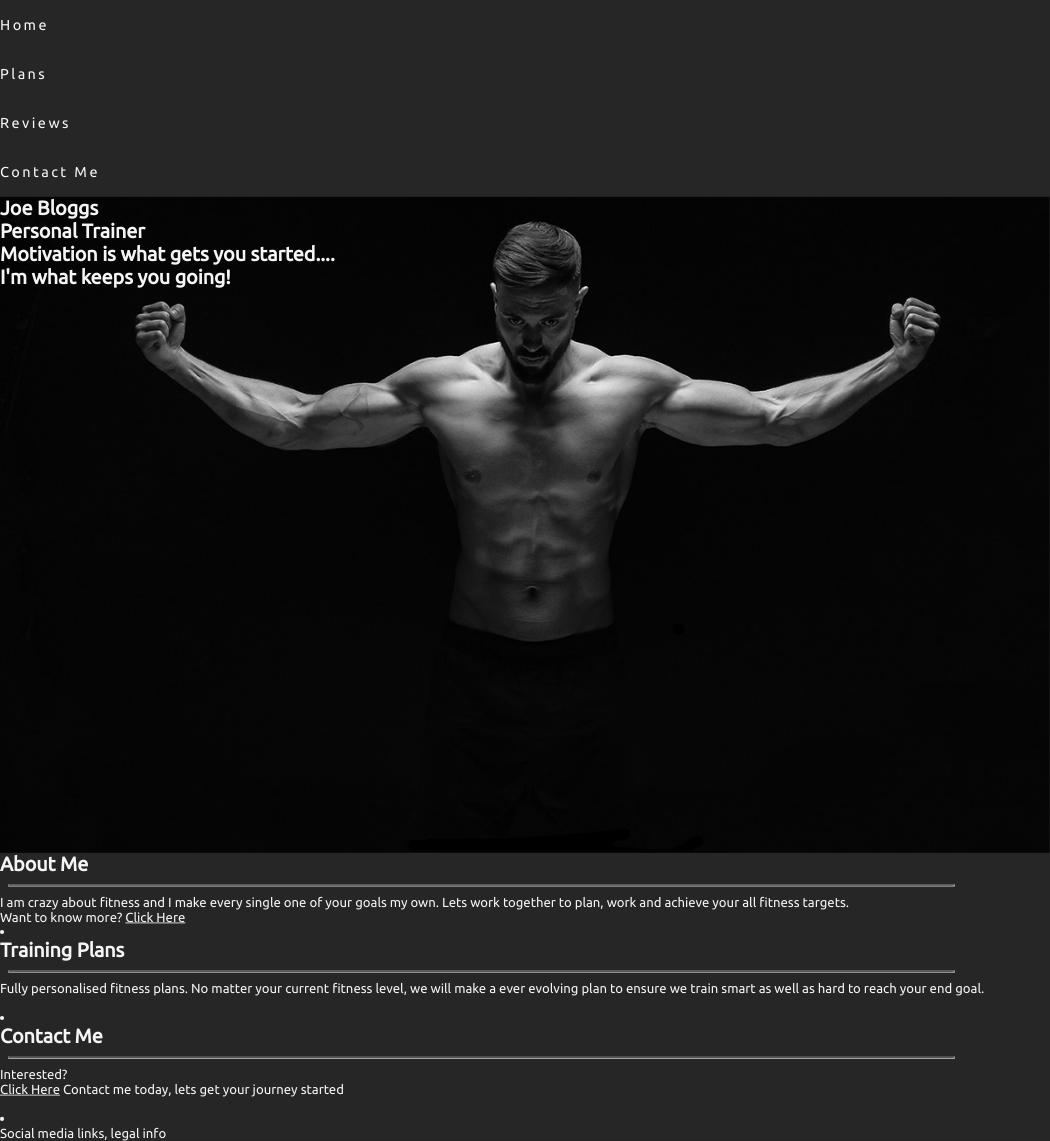
Repository: ClaireRoberts1403/Joe-Bloggs-Personal-Trainer
Page: html/contact.html
The author's editor kept a record of every edit. The page is drawn from the files as they stood at one moment, then again after the next edit.
The browser window is 1280 px wide. The pictures show the whole page, at 82% of full size.
Some web fonts or font styles are not loaded; a fallback is used.

Above is the page before.

### html/contact.html
<!DOCTYPE html>
<html lang="en">

<head>
	<meta charset="UTF-8">
	<meta name="viewport" content="width=device-width, initial-scale=1.0">
	<meta http-equiv="X-UA-Compatible" content="ie=edge">
	<link rel="stylesheet" href="..//assets/style.css">
	<title>Joe Bloggs | Personal Trainer</title>
</head>

<body>
	<!-- Navbar -->
	<header>
		<nav>
			<ul id="menu">
				<li>
					<a id="active" href="index.html">Home</a>
				</li>
				<li>
					<a href="plans.html">Plans</a>
				</li>
				<li>
					<a href="reviews.html">Reviews</a>
				</li>
				<li>
					<a href="contact.html">Contact Me</a>
				</li>


			</ul>
		</nav>
	</header>


	<!-- Hero Image -->
	<section id="hero">
		<div class="hero-image">
			<h1 id="hero-name">
				Joe Bloggs
			</h1>
			<h1 id="hero-title">
				Personal Trainer</h1>

			<h2 id="hero-quote">
				Motivation is what gets you started....<br> I'm what keeps you going!
			</h2>
		</div>
	</section>

	<!-- Image Links -->
	<section id="overview">

		<div class="about-me">
			<h2>About Me <i class="#"></i></h2>
			<hr>
			<p>I am crazy about fitness and I make every single one of your goals my own. Lets work together to plan, work and achieve your all fitness targets.</p>
			<p> Want to know more? <a href "##">Click Here</a>

				<br>
				<li class="indeximage1">

				</li>
		</div>
		<div class="about-plans">
			<h2>Training Plans<i class="#"></i></h2>
			<hr>
			<p>Fully personalised fitness plans. No matter your current fitness level, we will make a ever evolving plan to ensure we train smart as well as hard to reach your end goal.</p>
			<br>
			<li class="indeximage2">

			</li>
		</div>
		<div class="about-contact">
			<h2>Contact Me <i class="#"></i></h2>
			<hr>
			<p>Interested?<br>
				<a href "##">Click Here</a> Contact me today, lets get your journey started</p>
			<br>

			<li class="indeximage3">
			</li>
		</div>
	</section>


	<footer>
		Social media links, legal info
	</footer>

</body>

</html>

### assets/style.css
@import url('https://fonts.googleapis.com/css?family=Alatsi|Ubuntu&display=swap');
@import url('https://fonts.googleapis.com/css?family=Nunito&display=swap');



body {
    color: #f5f5f5;
    background-color: #262626;
    font-family: Ubuntu;

}

* {
    margin: 0;
    padding: 0;

}

.container-fluid {
    padding: 0;
    margin: 0;
}



dl,
ol,
ul {
    margin-bottom: 0;
}

/*---navbar---*/

#menulogo {
    font-size: 110%;
    color: #ca0c04;
    text-align: left;
    font-weight: bold;
    display: inline;
    letter-spacing: 3px;
    padding-left: 10px;
}

#menu {
    font-size: 110%;
    list-style-type: none;
    letter-spacing: 3px;
}

#menu li {
    list-style: none;
    line-height: 60px;
    padding-right: 10px;
    justify-content: flex-end;
}

#menu a {
    text-decoration: none;
    color: inherit;

}

#menu a:hover {
    border-bottom: 2px solid #ca0c04;
}

.active {
    border-bottom: 2px solid #595959;
}

.navbar-dark .navbar-nav .nav-link {
    text-align: right;

}

.navbar-toggler:focus,
.navbar-toggler:hover {
    text-decoration: none;
}

.navbar-dark .navbar-toggler {
    color: rgba(255, 255, 255, .5);
    border-color: #595959;
    text-align: right;

}

.navbar-dark .navbar-toggler:focus {
    border-color: #ca0c04;
    outline: none;
}

/*footer*/
footer {
    position: sticky;
}

.social-networks {
    text-align: center;
    background-color: black;
    position: absolute;
    width: 100%;
    height: 4rem;
}

.social-networks li {
    display: inline;
}

.social-networks i {
    font-size: 200%;
    margin-top: 0.2em;
    color: #777777;
    padding: 0.2em;
}

.social-networks i:hover {
    color: #ca0c04;
}

/*--- Hero Image Index page---*/

.hero-image {
    background: url("../images/hero2.jpg");
    width: 100%;
    background-position: center;
    background-repeat: no-repeat;
    background-size: cover;


}

.hero-text {
    padding-left: 8%;
    font-family: Alatsi;

}

.hero-name {
    font-size: 700%;
    color: #ca0c04;
    text-shadow: 3px 3px 3px black;
    padding-top: 160px;
    font-weight: bolder;

}

.hero-title {
    font-size: 300%;
    color: #ca0c04;
    text-shadow: 2px 2px 2px black;

}

.hero-quote {
    font-size: 250%;
    color: #f5f5f5;
    text-shadow: 1px 1px 2px black, 0 0 25px grey, 0 0 5px darkgrey;
    padding-bottom: 20px;

}

/*-- index page - about links --*/

.card-deck {
    justify-content: space-evenly;
}

.card-img-bottom {
    border-radius: 5px;
}

.card-footer {
    border-color: transparent;
    padding-top: 10px;
}

.card-footer p {
    padding-top: 8px;
}

.home {
    margin: 4% 8%;
    width: auto;
}

.about {
    line-height: 20px;
    padding: 10px 5px 0;

}

.about p {
    padding: 0 10px;
    font-family: nunito;
    letter-spacing: 0.5px;
}

.about:hover {
    box-shadow: 8px 8px 16px 8px rgba(0, 0, 0, 0.9);
}

.linkabout {
    text-decoration: none;
    color: #f5f5f5;
}

.linkabout:hover {
    border-bottom: 1px solid #ca0c04;
    text-decoration: none;
    color: #ca0c04;
}


hr {
    border-top: 2px solid #595959;
    width: 90%;
    margin: 10px;
    text-align: center;
}

#history {
    line-height: 25px;
    clear: both;
    margin-bottom: 8%;
    text-align: center;
    font-family: nunito;
    letter-spacing: 1px;
    font-size: large;

}

#history h1 {
    font-size: 275%;
    color: #ca0c04;
    padding: 20px 0;
    text-align: center;
    margin-bottom: 10px;
    font-family: Ubuntu;
}


/* plans */

.phero-name {
    font-size: 700%;
    color: #ca0c04;
    text-shadow: 3px 3px 3px black;
    padding-top: 70px;
    font-weight: bolder;

}

.phero-title {
    font-size: 250%;
    color: #ca0c04;
    text-shadow: 2px 2px 2px black;

}

.phero-quote {
    font-size: 200%;
    color: #f5f5f5;
    text-shadow: 1px 1px 2px black, 0 0 25px grey, 0 0 5px darkgrey;
}

.plans-image {
    background: url("../images/plans.jpg");
    height: 500px;
    width: 100%;
    background-position: center;
    background-repeat: no-repeat;
    background-size: cover;
    background-attachment: fixed;

}

.plans-image2 {
    background: url("../images/plans2.jpg");
    height: 500px;
    width: 100%;
    background-position: center;
    background-repeat: no-repeat;
    background-size: cover;
    background-attachment: fixed;

}

.plans-title {
    font-size: 600%;
    color: #ca0c04;
    text-align: center;
    padding-bottom: 4%;
    letter-spacing: 1px;
    font-family: Alatsi;
    text-shadow: 1px 1px 2px black;
}

.plans-quote {
    font-size: 150%;
    color: #ca0c04;
    text-align: center;
    margin-bottom: 4%;
    font-family: Nunito;
    letter-spacing: 0.8px;
    line-height: 1.5em;

}

.table {
    background-color: #262626;
    color: #f5f5f5;
    text-align: center;
}


.card {
    background-color: #262626;
    box-shadow: 3px 3px 10px 3px black;
    border-color: transparent;
    text-align: center;

}

.card:hover {
    box-shadow: 8px 8px 10px 1px rgba(0, 0, 0, 1);
}

#plans_description h1 {
    color: #ca0c04;
    text-align: center;
    padding-bottom: 4%;
    font-size: 400%;
    font-family: Alatsi;
    font-style: bold;
    text-shadow: 1px 1px 2px black;
}

#plans_description i {
    color: #f5f5f5;
}

#plans_description h5 {
    padding-bottom: 0.5em;
}


#footnote {
    color: #f5f5f5;
    text-align: center;
    padding: 20px 10px 0;

}

.download {
    text-align: center;
    font-size: 160%;
    margin-top: 25px;
    color: #fafafa;
    padding-left: 5px;
    margin-bottom: 25px;

}

a {
    color: #f5f5f5;


}

a:hover {
    color: #ca0c04;
}

.download:hover {
    color: #ca0c04;
    text-decoration: none;

}

.download-pdf i {
    font-size: 18px;
    color: #fafafa;
    text-align: center;
    padding-left: 5px;
}

/*reviews*/


.reviewtitlebg {
    background-color: black;
    padding-bottom: 10px;
}


#review-title {
    font-size: 600%;
    color: #ca0c04;
    padding-top: 4%;
    padding-bottom: 10px;
    font-weight: bold;
    font-family: Alatsi;
    text-align: center;
    margin-bottom: 20px;

}

#review-quote {
    font-size: 190%;
    text-align: center;
    margin-bottom: 4%;
    letter-spacing: 1px;
    word-spacing: 3px;

}



.desc {
    font-size: 110%;
    line-height: 25px;
    padding: 20px 10px 10px 10px;
    font-family: nunito;
    letter-spacing: 0.5px;

}

/*contact*/

#contact {
    background: url("../images/contact.jpg");
    width: 100%;
    background-position: center;
    background-repeat: no-repeat;
    background-size: cover;
    padding-top: 50px;
    margin-top: 6px;
    padding-bottom: 20px;
    text-align: center;

}

#contact-title {
    font-size: 400%;
    color: #ca0c04;
    text-shadow: 1px 1px 2px black;
    padding-top: 1px;
    font-weight: bold;
    font-family: Alatsi;
    text-align: center;
    margin-bottom: 30px;

}


.contactform {
    width: 70%;
    margin-left: 15%;
    text-align:center;
    padding: 30px 10%;
    font-size: larger;
    color: #f5f5f5;
    font-weight: bold;
    background-color: rgba(0, 0, 0, 0.5);
}

.form-control:focus {
    box-shadow: 8px 8px 16px 0 rgba(0, 0, 0, 0.7);
    border-color: #595959;
}

.btn {
    background-color: #ca0c04;
    font-weight: bold;
    font-family: inherit;
    color: #f5f5f5;

}

.btn:focus {
    box-shadow: 8px 8px 16px 0 rgba(0, 0, 0, 0.7);
}


/*----- Media Queries------*/

@media (min-width: 1030px) {

    .hero-image {
        height: 800px;
    }

}

@media (min-width: 1400px) {

    .hero-image {
        height: 1200px;
    }
}


 @media screen and (min-width: 480px) and (max-width: 1024px) {
     #contact {
         height:900px;
     }
 }

     @media screen and (max-width: 768px) {
    .card-columns {
        column-count: 2;
    }
}

@media screen and  (min-width: 480px) and (max-width: 768px) {

    .contactform {
    width: 90%;
    margin-left: 5%;
    }
}

@media screen and (max-width: 668px) {
    .card-deck {
        flex-flow: column;
    }
     .card-columns {
        column-count: 1;
    }
}


@media screen and (max-width: 480px) {

    #media_display_table {
        display: none;
    }


    #menulogo {
        display: none;
    }

    .hero-image {
        height: 600px;

    }

    .hero-name {
        font-size: 550%;
        padding-top: 200px;
        padding-right: 8%;
    }

    .hero-title {
        font-size: 220%;

    }

    .hero-quote {
        font-size: 160%;
        padding-bottom: 4%;
        padding-right: 1%;
    }

    .plans-image {
        height: 670px;

    }
    .plans-image2 {
        height: 450px;

    }

    .phero-name {
        font-size: 500%;
        padding-top: 8%;
        line-height: 90px;
    }

    .phero-title {
        font-size: 180%;
        line-height: 90px;
    }

    .phero-quote {
        font-size: 120%;
        padding-right: 2%;

    }

    .plans-title {
        font-size: 270%;
    }

    .plans-quote {
        font-size: 120%;
        color: #f5f5f5;
    }

    .download {
        font-size: 110%;
    }

    #plans_description h1 {
        font-size: 240%;
    }

    #review-title {
        font-size: 500%;
    }

    #review-quote {
        font-size: 170%;
    }

     .contactform {
    width: 100%;
    margin: 0;
    }
}


@media screen and (max-width: 320px) {

    .hero-image {
        height: 500px;

    }

    .hero-name {
        padding-top: 150px;
        font-size: 400%;
    }

    .hero-quote {
        font-size: 160%;
        padding-bottom: 4%;
        padding-right: 1%;

    .plans-image {
        height: 550px;

    }
    .plans-image2 {
        height: 450px;

    }

    .phero-name {
        font-size: 400%;
        padding-top: 8%;
        line-height: 90px;
    }

    .phero-title {
        font-size: 180%;
        line-height: 90px;
    }

}

After the next edit:
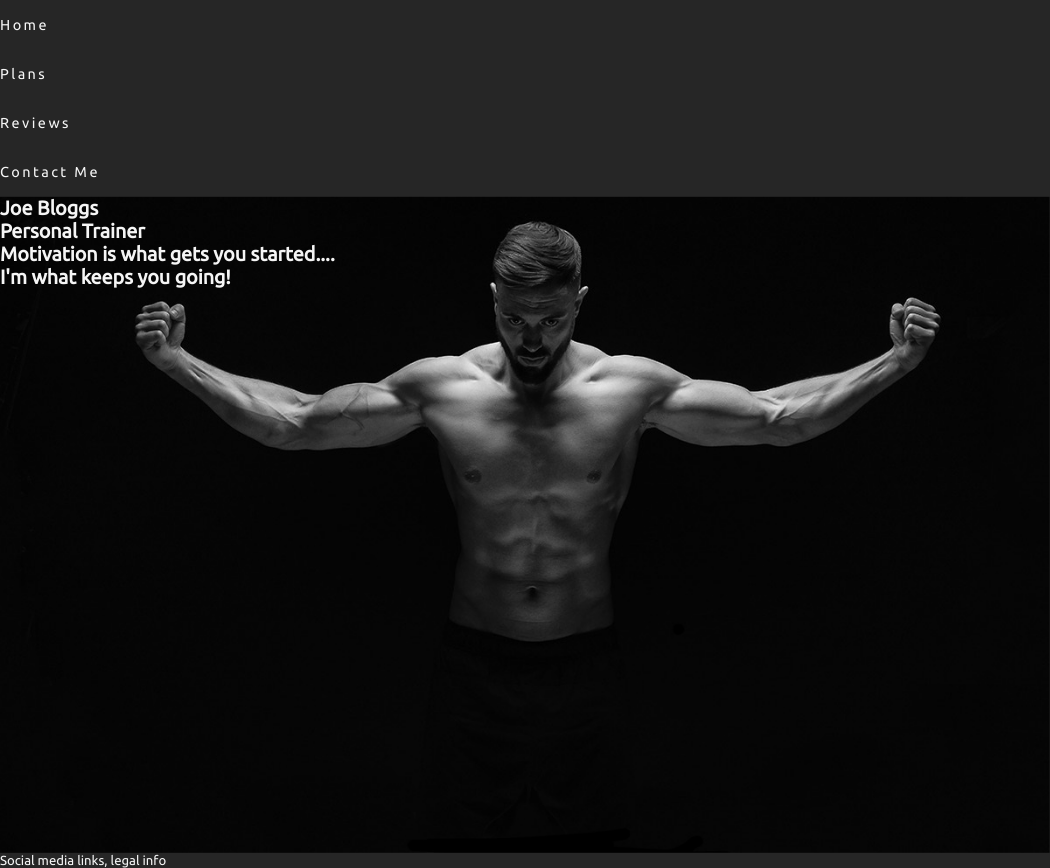
The edit:
--- a/html/contact.html
+++ b/html/contact.html
@@ -48,42 +48,6 @@
 		</div>
 	</section>
 
-	<!-- Image Links -->
-	<section id="overview">
-
-		<div class="about-me">
-			<h2>About Me <i class="#"></i></h2>
-			<hr>
-			<p>I am crazy about fitness and I make every single one of your goals my own. Lets work together to plan, work and achieve your all fitness targets.</p>
-			<p> Want to know more? <a href "##">Click Here</a>
-
-				<br>
-				<li class="indeximage1">
-
-				</li>
-		</div>
-		<div class="about-plans">
-			<h2>Training Plans<i class="#"></i></h2>
-			<hr>
-			<p>Fully personalised fitness plans. No matter your current fitness level, we will make a ever evolving plan to ensure we train smart as well as hard to reach your end goal.</p>
-			<br>
-			<li class="indeximage2">
-
-			</li>
-		</div>
-		<div class="about-contact">
-			<h2>Contact Me <i class="#"></i></h2>
-			<hr>
-			<p>Interested?<br>
-				<a href "##">Click Here</a> Contact me today, lets get your journey started</p>
-			<br>
-
-			<li class="indeximage3">
-			</li>
-		</div>
-	</section>
-
-
 	<footer>
 		Social media links, legal info
 	</footer>
